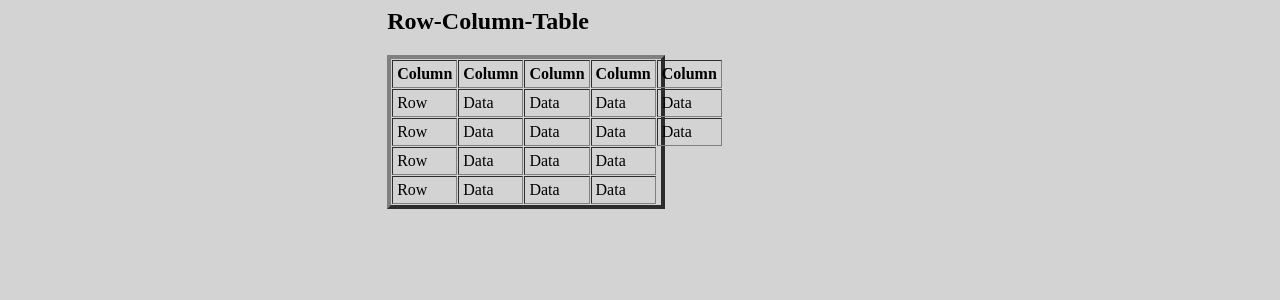
Repository: AdityaTech-Pro/FullStackWithBridgelabz
Page: Assignment2/table/index.html
An editor plug-in stored every save of this project. The page is shown before and after a run of saves, followed by the edit.
The browser window is 1280 px wide. The pictures show the whole page.

Above is the page before, as saved 2025-10-15 08:51:03.

### Assignment2/table/index.html
<html>

<head>
    <style>
        body {
            background-color: lightgray;
        }

        h1 {
            text-align: center;
        }

        .center {
            display: block;
            margin-left: 30%;
            width: 22%;
        }
    </style>

    <tital>
        <h2 class="center"> Row-Column-Table </h2>
    </tital>


</head>

<body>


    <table border="4" cellspacing="1" cellpadding="4" class="center">
        <tr>
            <th>Column</th>
            <th>Column</th>
            <th>Column</th>
            <th>Column</th>
            <th>Column</th>
        </tr>
        <tr>
            <td>Row</td>
            <td>Data</td>
            <td>Data</td>
            <td>Data</td>
            <td>Data</td>
        </tr>
        <tr>
            <td>Row</td>
            <!--<td>DSA</td>-->
            <td>Data</td>
            <td>Data</td>
            <td>Data</td>
            <td>Data</td>
        </tr>
        <tr>
            <td>Row</td>
            <td>Data</td>
            <td>Data</td>
            <td>Data</td>
        </tr>
        <tr>
            <td>Row</td>
            <td>Data</td>
            <td>Data</td>
            <td>Data</td>
        </tr>

    </table>
</body>

</html>

After the next 4 saves:
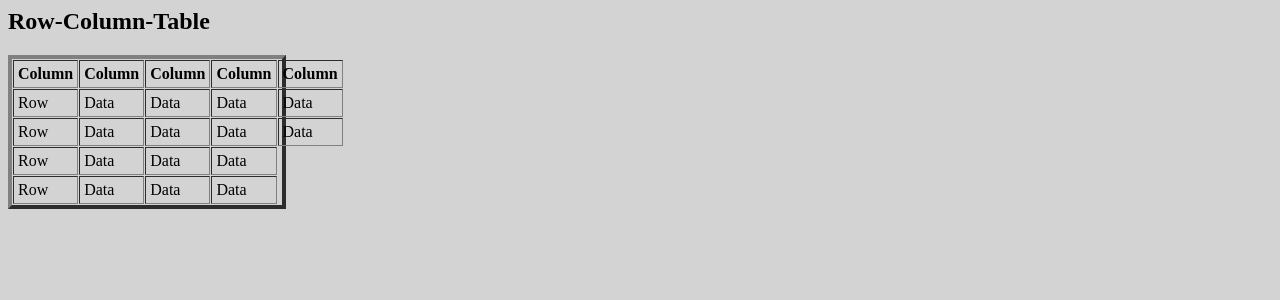
The 4 saves are shown as one change because they came seconds apart.
The last was saved 14 s later.
--- a/Assignment2/table/index.html
+++ b/Assignment2/table/index.html
@@ -12,7 +12,7 @@
 
         .center {
             display: block;
-            margin-left: 30%;
+            margin-left: auto%;
             width: 22%;
         }
     </style>
